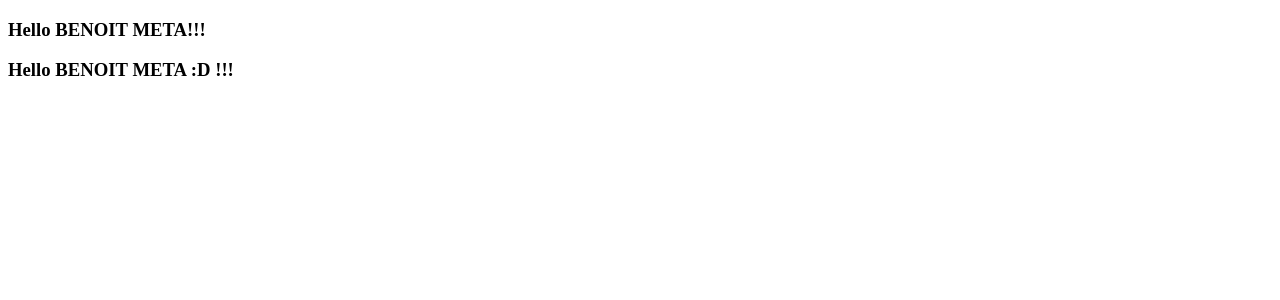
Repository: gmonte/benoit-first-react-app
Page: /
The author's editor kept a copy of each file at every save. The page is drawn from the files as they stood at one save, then again after the next save.
The browser window is 1280 px wide. The pictures show the whole page.
The project was rebuilt for these pictures with package versions that can differ from the ones it lists, and the page was loaded fresh each time.

Above is the page before, as saved 2019-10-17 11:43:44.

After the next save:
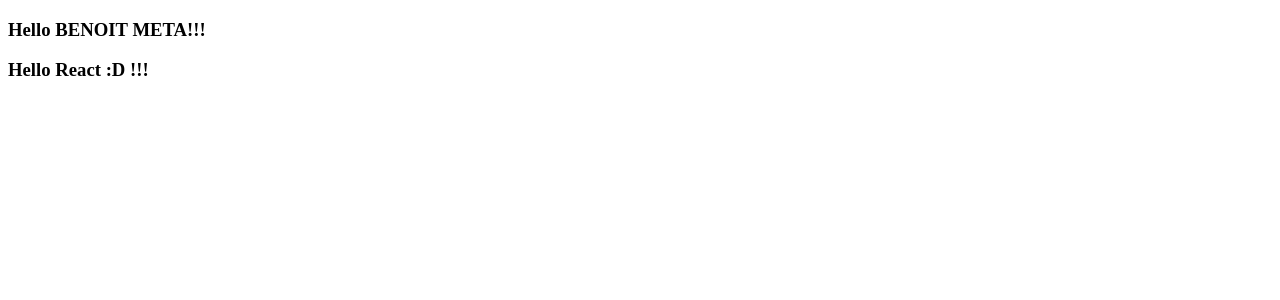
Saved 5 s later.
--- a/src/App.js
+++ b/src/App.js
@@ -14,7 +14,7 @@
   return (
     <div>
       <HelloWorld name={name} />
-      <HelloWorld name={`${ name } :D `} />
+      <HelloWorld name={`${ title } :D `} />
     </div>
   );
 }
